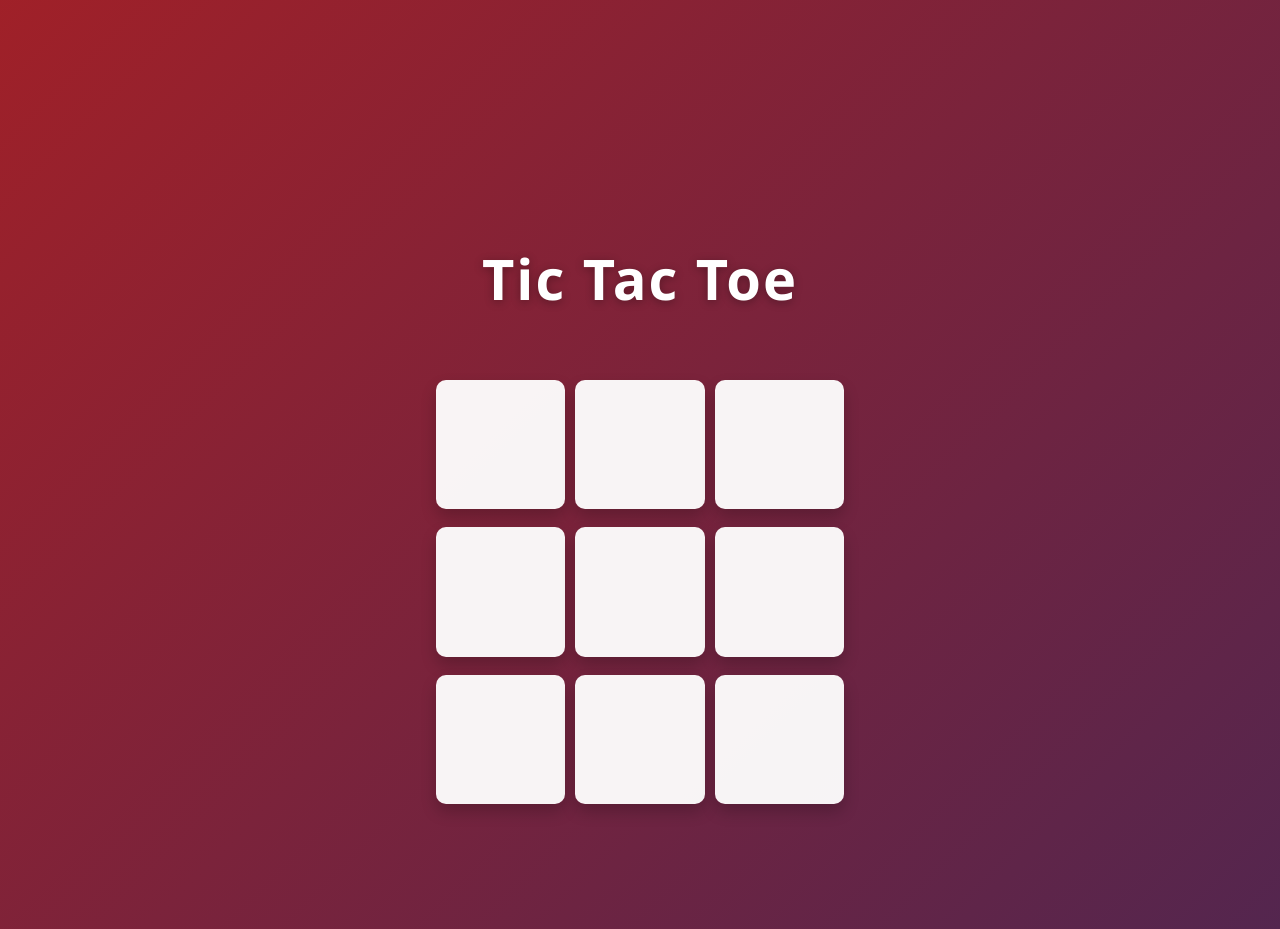
Repository: AreezAnsari/Tic-Tac-Toe
Page: Game/Game.html
These files come from the project's save history. The page is drawn as it stood at one moment and after the next save; the edit follows.
The browser window is 1280 px wide. The pictures show the whole page.

Above is the page before, as saved 2025-07-22 07:06:00.
Console error: TypeError: box.addEventListener is not a function

### Game/Game.html
<!DOCTYPE html>
<html lang="en">
<head>
    <meta charset="UTF-8">
    <meta name="viewport" content="width=device-width, initial-scale=1.0">
    <title>Document</title>
    <link rel="stylesheet" href="Game.css">
</head>
<body>

    <div class="msg-container hide">
        <p class="msg">Winner</p>
        <button class="new-btn">New Game</button>
    </div>
    <main>
        <h1>Tic Tac Toe</h1>
    <div class="container">
        <div class="game">
        <button class="box"></button>
        <button class="box"></button>
        <button class="box"></button>
        <button class="box"></button>
        <button class="box"></button>
        <button class="box"></button>
        <button class="box"></button>
        <button class="box"></button>
        <button class="box"></button>
        </div>
        </div>
        <button class="reset-btn hide">Reset</button>
    </main>
    <script src="Game.js"></script>
</body>
</html>

### Game/Game.css
* {
  margin: 0;
  padding: 0;
  box-sizing: border-box;
}

body {
    text-align: center;
    background: linear-gradient(135deg, #1a2a6c, #b21f1f, #1a2a6c);
    background-size: 400% 400%;
    animation: gradientBG 15s ease infinite;
    font-family: 'Segoe UI', Tahoma, Geneva, Verdana, sans-serif;
    min-height: 100vh;
    display: flex;
    flex-direction: column;
    align-items: center;
    /* REMOVE THIS ↓↓↓ */
    /* justify-content: center; */
    /* USE THIS INSTEAD ↓↓↓ */
    justify-content: flex-start;
    padding: 20px;
}

@keyframes gradientBG {
    0% { background-position: 0% 50%; }
    50% { background-position: 100% 50%; }
    100% { background-position: 0% 50%; }
}

h1 {
    color: #ffffff;
    margin: 10px 0 30px;
    font-size: 3.5rem;
    text-shadow: 0 2px 10px rgba(0,0,0,0.3);
    letter-spacing: 2px;
}

.container {
    margin-top: 60px; /* <- Add this to push content a bit down from top */
    width: 100%;
    max-width: 600px;
    display: flex;
    flex-direction: column;
    align-items: center;
}

.game {
    height: 60vmin;
    width: 60vmin;
    max-width: 500px;
    max-height: 500px;
    gap: 10px;
    display: flex;
    flex-wrap: wrap;
    align-items: center;
    justify-content: center;
    margin: 0 auto 30px;
    perspective: 1000px;
}

.box {
    background: rgba(255, 255, 255, 0.95);
    height: 18vmin;
    width: 18vmin;
    font-weight: bold;
    font-size: 5rem;
    border: none;
    border-radius: 10px;
    box-shadow: 0 8px 16px rgba(0, 0, 0, 0.2);
    cursor: pointer;
    transition: all 0.3s cubic-bezier(0.175, 0.885, 0.32, 1.275);
    color: #2c3e50;
    display: flex;
    align-items: center;
    justify-content: center;
}

.box:hover {
    transform: translateY(-5px) scale(1.05);
    box-shadow: 0 12px 20px rgba(0, 0, 0, 0.3);
    background: #ffffff;
}

.box:active {
    transform: scale(0.95);
}

.box.x {
    color: #e74c3c;
}

.box.o {
    color: #3498db;
}

.reset-btn, .new-btn {
    align-items: center;
    padding: 15px 30px;
    font-size: 1.1rem;
    font-weight: 600;
    background: rgba(255, 255, 255, 0.15);
    color: white;
    border: none;
    border-radius: 50px;
    cursor: pointer;
    transition: all 0.3s ease;
    backdrop-filter: blur(5px);
    box-shadow: 0 4px 15px rgba(0, 0, 0, 0.2);
    margin: 10px;
    min-width: 150px;
}

.reset-btn:hover, .new-btn:hover {
    background: rgba(255, 255, 255, 0.25);
    transform: translateY(-3px);
    box-shadow: 0 6px 20px rgba(0, 0, 0, 0.3);
}

.reset-btn:active, .new-btn:active {
    transform: translateY(1px);
}

.reset-btn {
    background: rgba(231, 76, 60, 0.7);
}

.reset-btn:hover {
    background: rgba(231, 76, 60, 0.9);
}

.new-btn {
    background: rgba(52, 152, 219, 0.7);
}

.new-btn:hover {
    background: rgba(52, 152, 219, 0.9);
}

.msg-container {
    height: auto;
    padding: 20px;
    background: rgba(255, 255, 255, 0.1);
    border-radius: 15px;
    backdrop-filter: blur(10px);
    box-shadow: 0 8px 32px rgba(0, 0, 0, 0.2);
    transition: all 0.5s ease;
    margin: 20px 0;
}

.msg {
    padding: 10px;
    font-size: 1.8rem;
    font-weight: 600;
    color: #ffffff;
    text-shadow: 0 2px 5px rgba(0,0,0,0.3);
}

.hide {
    opacity: 0;
    transform: translateY(-20px);
    pointer-events: none;
}

/* Add this for winning animation */
.box.win {
    animation: pulse 1.5s infinite;
    background: #2ecc71;
    color: white;
}

@keyframes pulse {
    0% { transform: scale(1); }
    50% { transform: scale(1.1); }
    100% { transform: scale(1); }
}

/* Responsive adjustments */
@media (max-width: 600px) {
    h1 {
        font-size: 2.5rem;
    }

    .game {
        height: 70vmin;
        width: 70vmin;
    }

    .box {
        height: 20vmin;
        width: 20vmin;
        font-size: 4rem;
    }

    .reset-btn, .new-btn {
        padding: 12px 25px;
        font-size: 1rem;
        width: 80%;
    }
}

### Game/Game.js
let box = document.querySelectorAll(".box");
let button = document.querySelector("button");
let container = document.querySelector(".container");

let value = "X";

const btn = () => {
  if (value === "X") {
    button.innerHTML = "Y";
    Value = "Y";
  } else {
    button.innerText = "X";
    Value = "X";
  }
};

box.addEventListener("click", btn);

After the next save:
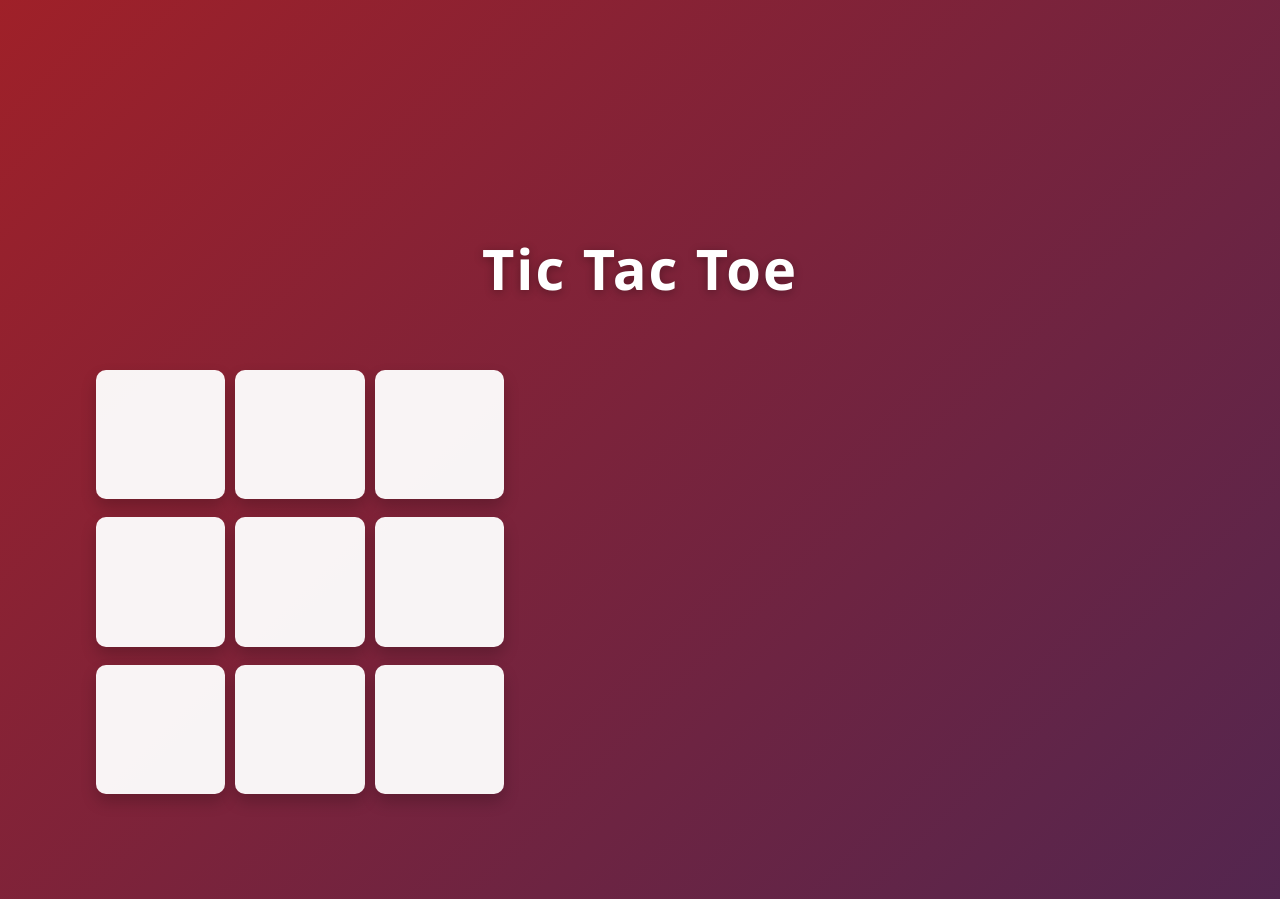
Saved 15 s later.
--- a/Game/Game.css
+++ b/Game/Game.css
@@ -10,15 +10,16 @@
     background-size: 400% 400%;
     animation: gradientBG 15s ease infinite;
     font-family: 'Segoe UI', Tahoma, Geneva, Verdana, sans-serif;
-    min-height: 100vh;
-    display: flex;
-    flex-direction: column;
-    align-items: center;
-    /* REMOVE THIS ↓↓↓ */
+
+    /* REMOVE THESE ↓↓↓ */
+    /* min-height: 100vh; */
+    /* display: flex; */
+    /* flex-direction: column; */
+    /* align-items: center; */
     /* justify-content: center; */
-    /* USE THIS INSTEAD ↓↓↓ */
-    justify-content: flex-start;
-    padding: 20px;
+
+    padding: 20px 0 0; /* Top padding only */
+    color: #ffffff;
 }
 
 @keyframes gradientBG {
